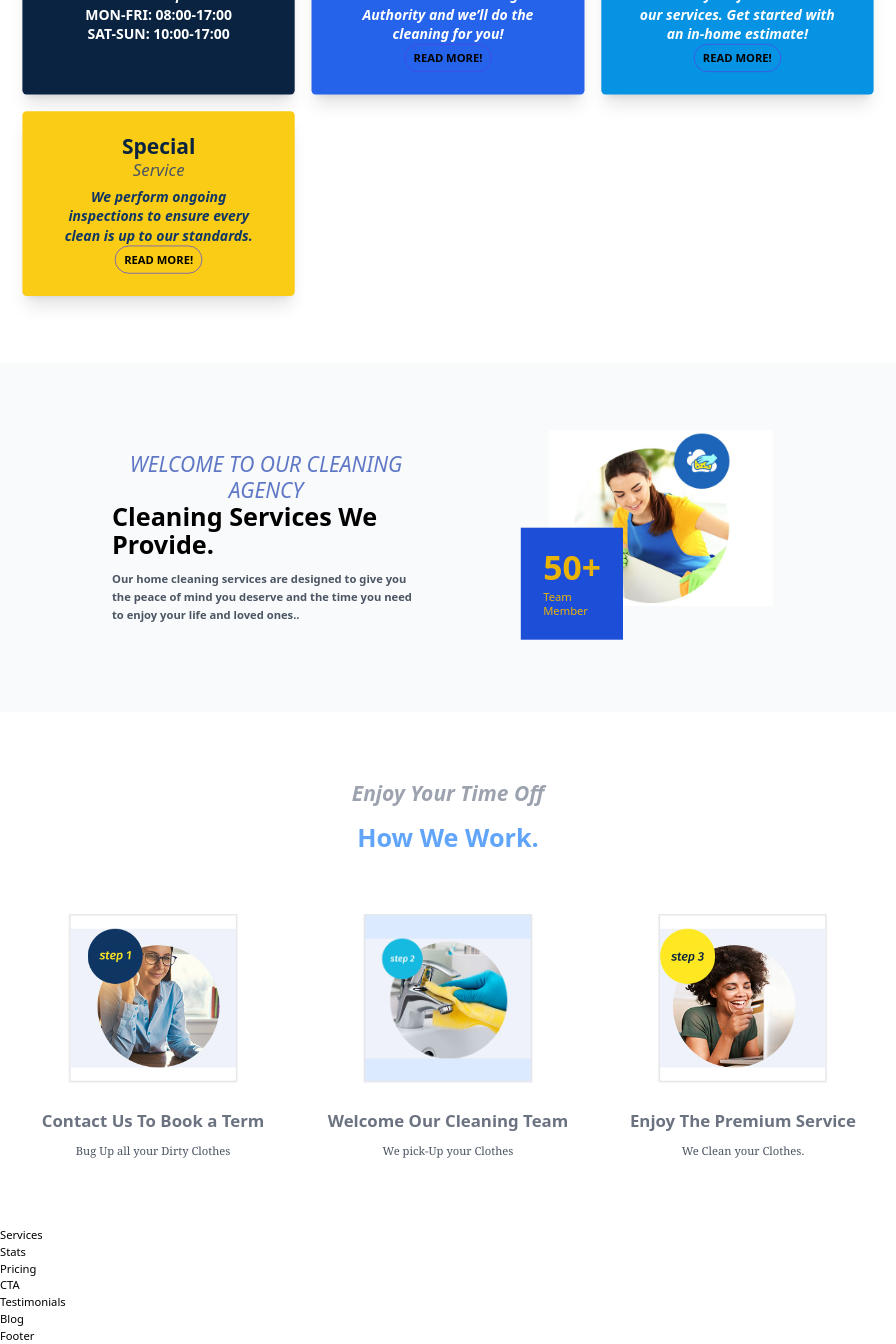
Repository: remydev47/cleonara
Page: /
These files come from the project's save history. The page is drawn as it stood at one moment and after the next save; the edit follows.
The browser window is 1280 px wide. The pictures show the part of the page from y = 1097 to 3017 px (the page is 3017 px tall), at 70% of full size.
The project was rebuilt for these pictures with package versions that can differ from the ones it lists, and the page was loaded fresh each time. The framework's server and built-in components were replaced by stand-ins that run in the browser. Also part of the build but not shown: next.config.js.

Above is the page before, as saved 2022-11-01 13:15:11.

### pages/_app.tsx
import '../styles/globals.css'
import type { AppProps } from 'next/app'
import Header from '../components/Header'

function MyApp({ Component, pageProps }: AppProps) {
  return(
    <>
      <Header />
      <Component {...pageProps} />
    </>

  )
}

export default MyApp

### pages/index.tsx
import type { NextPage } from 'next'
import Head from 'next/head'
import Image from 'next/image'
import { AboutUs, CTA, Hero, Offers, Pricing, Services, Blog, Stats, Steps, Testimonials, Footer } from '../components'

const Home: NextPage = () => {
  return (
    <div className="">
      <Head>
        <title>CLEONARA</title>
        <link rel="icon" href="/favicon.ico" />
      </Head>
      <Hero/>
      <Offers />
      <AboutUs />
      <Steps />
      <Services />
      <Stats />
      <Pricing />
      <CTA />
      <Testimonials />
      <Blog />
      <Footer />
    </div>
  )
}

export default Home

### components/Header.tsx
import React from 'react';
import { navLinks } from '../constants';
import Menupopover from './Menupopover';
import Image from 'next/image';
import Logo from './Logo';
import { Button } from './Button';

const Header = () => {
  return (
    <header className="fixed inset-x-0 bg-[#092341] z-20 flex justify-between items-center py-2 px-2 shadow-lg dark:bg-slate-900 sm:py-3 sm:px-8">
            <div className='flex grow-0 basis-1/3 md:hidden'>
                <Menupopover />
            </div>

             <div className='flex grow-0 ml-2 justify-center md:justify-start'>
                <Logo />

            </div>


            <ul className="list-none sm:flex hidden justify-center items-center flex-1">
            {navLinks.map((nav, index) => (
                <li
                key={nav.id}
                className={`font-bold cursor-pointer text-[16px] hover:text-blue-400
                   ${index === navLinks.length - 1 ? 'mr-0' : 'mr-10'}
                  text-white `}
                >
                    <a>{nav.title}</a>
                </li>
            ))}
           </ul>

          <div className='sm:flex hidden'>
            <Button variant='solid'>
              GET A QUOTE!
            </Button>
          </div>

        </header>
  )
}

export default Header

### components/index.ts
import Hero from "./Hero";
import Offers from "./Offers";
import AboutUs from "./AboutUs";
import Steps from "./Steps";
import Services from "./Services";
import Stats from "./Stats";
import Pricing from "./Pricing";
import CTA from "./CTA";
import Testimonials from "./Testimonials";
import Blog from "./Blog";
import Footer from "./Footer";

export {
    Hero, Offers, AboutUs, Steps, Services, Stats, Pricing, CTA, Testimonials, Blog, Footer
}

### constants/index.ts
export const navLinks=[
    {
        id:"home",
        title:"Home",
    },
    {
        id:"services",
        title:"Services",
    },
    {
        id:"AboutUs",
        title:"AboutUs",
    },
    {
        id:"pricing",
        title:"Pricing",
    },
    {
        id:"blog",
        title:"Blog",
    },
    {
        id:"reviews",
        title:"Reviews",
    },
    {
        id:"contacts",
        title:"Contacts",
    },
]

### components/Menupopover.tsx
import React, {useState, Fragment} from 'react';
import { navLinks } from '../constants';
import { IconButton, Button } from './Button';
import { Transition, Dialog } from '@headlessui/react';
import Logo from './Logo';
import Image from 'next/image';

const Menupopover = () => {
  const [isOpen, setIsOpen] = useState(false)

  return (
    <div>
    <IconButton
      variant='ghost'
      aria-label='menu'
      onClick={() => setIsOpen(!isOpen)}
    >
      <svg className='h-6 w-6 ' fill='none' stroke='currentColor'>
        <path
          strokeLinecap='round'
          strokeLinejoin='round'
          strokeWidth={2}
          d='M4 6h16M4 12h16M4 18h16'
        />
      </svg>
    </IconButton>
    <Transition
      show={isOpen}
      appear
      as={Fragment}
      enter='transform transition ease-in-out duration-300'
      enterFrom='-translate-x-full'
      enterTo='translate-x-0'
      leave='transform transition ease-in-out duration-300 delay-200'
      leaveFrom='translate-x-0'
      leaveTo='-translate-x-full'
     >
     <Dialog
       as='div'
       className={`fixed inset-0 z-50`}
       onClose={setIsOpen}
       open={isOpen}
       >
       <Transition.Child
         as={Fragment}
         enter='ease-out duration-300 delay-300'
         enterFrom='opacity-0'
         enterTo='opacity-100'
         leave='ease-in duration-200'
         leaveFrom='opacity-100'
         leaveTo='opacity-0'
       >

        <Dialog.Overlay
          className={`fixed inset-0 bg-black/20 backdrop-blur-sm dark:bg-gray-900/80`}
         />
      </Transition.Child>
       <div className={styles.dialogcontainer}>
        <a className='mx-auto mt-4 flex w-[140px] '>
          <Logo />
        </a>
        <ul
            className={styles.navWrapper2}
         >
            {navLinks.map((nav, index) => (
                <li
                 key={nav.id}
                 className={` font-bold cursor-pointer text-[16px]
                  mt-2 border-t border-slate-200 py-4 dark:border-slate-600
                  ${index === navLinks.length - 1 ? 'mr-0' : 'mb-4'}
                  text-white `}
                >
                 <a href={`#${nav.id}`}>
                    {nav.title}
                 </a>
                </li>
             ))}
         </ul>

        <IconButton
          variant='ghost'
          aria-label='close menu'
          className='absolute top-5 right-5'
          onClick={() => setIsOpen(false)}
        >
          <svg
            viewBox='0 0 10 10'
            className='h-2.5 w-2.5 overflow-visible'
            aria-hidden='true'
          >
            <path
                d='M0 0L10 10M10 0L0 10'
                fill='none'
                stroke='currentColor'
                strokeWidth='2'
                strokeLinecap='round'
              />
          </svg>
        </IconButton>
       </div>
     </Dialog>
    </Transition>
  </div>
  )
}

export default Menupopover;

const styles ={
  dialogcontainer:`fixed top-0 bottom-0 left-0 w-full max-w-xs rounded-r-xl bg-[#092341] p-6 shadow-lg dark:bg-gray-800`,
  menuitems:`group relative flex h-9 items-center oveflow-hidden rounded-md hover:bg-slate-200/50`,
  navWrapper2:`list-none flex flex-col justify-end items-center flex-1`,
}

### components/Logo.tsx
import React from 'react'
import Image from 'next/image'

const Logo = () => {
  return (
    <div>
        <Image
          src='/images/logo.png'
          alt='Cleonara'
          height={80}
          width={150}
        />
    </div>
  )
}

export default Logo

### components/Button/index.tsx
import React, { forwardRef } from "react";
//import { __DEV__ } from "../../utils/assertions";

type BaseButtonProps = Omit<React.HTMLProps<HTMLButtonElement>, "size">;

/* === Button Element === */

export interface ButtonProps extends BaseButtonProps {
  children: React.ReactNode;
  fullWidth?: boolean;
  className?: string;
  variant?: "solid" | "outline" | "ghost";
  size?: "sm" | "md" | "lg";
  as?: string;
  isExternal?: boolean;
  type?: "button" | "submit" | "reset";
}

export const Button = forwardRef<HTMLButtonElement, ButtonProps>(
  (
    {
      children,
      variant = "solid",
      size = "md",
      fullWidth = false,
      className,
      as = "button",
      isExternal = false,
      ...rest
    },
    ref
  ) => {
    let tempClassNames: string[] = [];

    const sharedClasses = [
      "capitalize",
      "focus:outline-none",
      "focus:ring-2",
      "focus:ring-indigo-400",
      "focus:ring-offset-2",
      "focus:ring-offset-indigo-50",
      "font-semibold",
      "rounded-full",
      "inline-flex",
      "flex-shrink-0",
      "items-center",
      "justify-center",
      "transition-colors",
      "ease-in-out",
      "duration-500",
    ];

    if (fullWidth) sharedClasses.push("w-full");

    // handle variants
    let btnSolid = ["bg-indigo-600", "hover:bg-indigo-700", "text-white"];
    let btnOutline = [
      "dark:text-white",
      "hover:text-indigo-700",
      "hover:dark:text-indigo-700",
      "bg-transparent",
      "hover:bg-indigo-50",
      "border",
      "border-indigo-600",
    ];
    let btnGhost = [
      "bg-transparent",
      "dark:text-white",
      "hover:bg-indigo-50",
      "hover:text-indigo-700",
      "hover:dark:text-indigo-700",
    ];

    if (variant === "solid") {
      tempClassNames = [...sharedClasses, ...btnSolid];
    } else if (variant === "outline") {
      tempClassNames = [...sharedClasses, ...btnOutline];
    } else if (variant === "ghost") {
      tempClassNames = [...sharedClasses, ...btnGhost];
    }

    // handle sizes
    let sizeSm = ["h-8", "px-2", "text-sm"];
    let sizeMd = ["h-10", "px-3"];
    let sizeLg = ["h-12", "px-4", "text-lg"];

    if (size === "sm") {
      tempClassNames = [...tempClassNames, ...sizeSm];
    } else if (size === "md") {
      tempClassNames = [...tempClassNames, ...sizeMd];
    } else if (size === "lg") {
      tempClassNames = [...tempClassNames, ...sizeLg];
    }

    let classes = tempClassNames.join(" ");

    let Element = as ? (
      React.createElement(
        as,
        {
          className: `${classes} ${className}`,
          target: isExternal ? "_blank" : undefined,
          rel: isExternal ? "noopener noreferrer" : undefined,
          ref,
          ...rest,
        },
        children
      )
    ) : (
      <button {...rest} className={`${classes} ${className}`} ref={ref}>
        {children}
      </button>
    );

    return Element;
  }
);

// if (__DEV__) {
//   Button.displayName = "Button";
// }

/* === IconButton Element === */

export interface IconButtonProps extends ButtonProps {
  icon?: React.ReactElement;
  "aria-label": string;
}

export const IconButton = forwardRef<HTMLButtonElement, IconButtonProps>(
  (
    {
      children,
      icon,
      className,
      "aria-label": ariaLabel,
      size = "md",
      ...rest
    },
    ref
  ) => {
    let sharedClasses = ["rounded-full", "!px-0"];

    // handle sizes
    let sizeSm = ["w-8"];
    let sizeMd = ["w-10"];
    let sizeLg = ["w-12"];

    if (size === "sm") {
      sharedClasses = [...sharedClasses, ...sizeSm];
    } else if (size === "md") {
      sharedClasses = [...sharedClasses, ...sizeMd];
    } else if (size === "lg") {
      sharedClasses = [...sharedClasses, ...sizeLg];
    }

    /**
     * Passing the icon as prop or children should work
     */
    const element = icon || children;
    const _children = React.isValidElement(element)
      ? React.cloneElement(element as any, {
          "aria-hidden": true,
          focusable: false,
        })
      : null;

    let classes = sharedClasses.join(" ");
    return (
      <Button
        className={`${classes} ${className}`}
        aria-label={ariaLabel}
        size={size}
        {...rest}
        ref={ref}
      >
        {_children}
      </Button>
    );
  }
)

### components/Hero.tsx
import React from 'react'

const Hero = () => {
  return (
    <section className='relative pt-48 pb-12 xl:pt-60 sm:pb-16 lg:pb-32 xl:pb-48 2xl:pb-56'>
    <div className="absolute inset-0">
     <img className="object-cover w-full h-full" src="/images/7.jpg" alt="" />
    </div>
   <div className='relative'>
    <div className="px-6 mx-auto sm:px-8 lg:px-12 max-w-7xl">
      <div className="w-full lg:w-2/3 xl:w-1/2">
        <h1 className="font-serif text-xl font-bold tracking-tight text-white text-opacity-70 text-center">Proffesional Cleaning Services</h1>
        <p className="mt-6 tracking-tighter text-[#656b72]">
          <span className="font-sans font-bold text-6xl">BEST CLEANING </span><br />
          <span className="font-serif italic font-BOLD text-7xl">SERVICES IN TOWN</span>
        </p>
        <p className="mt-8 font-erif text-xl font-normal text-[#656b72]">
         Our professional and experienced cleaning staff does the job right the first time are Carefully selected Give them a deep.
        </p>
      </div>
    </div>
   </div>
  </section>
  )
}

export default Hero

### components/Offers.tsx
import React from 'react'
import { Button } from './Button'

const Offers = () => {
  return (
    <section className="bg-[#fff] sm:py-16 lg:py-24">
    <div className="px-4 mx-auto max-w-7xl sm:px-6 lg:px-8">
    <div className="max-w-2xl mx-auto text-center">
      <h2 className="text-xl italic font-semibold leading-tight text-black  lg:text-2xl">What We Offer</h2>
    </div>

    <div className="grid max-w-md grid-cols-1 gap-6 mx-auto mt-8 text-center lg:max-w-full lg:mt-16 lg:grid-cols-3">

        <div className="overflow-hidden bg-[#092341] shadow-xl border-gray-300 rounded-md">
          <div className="p-8 xl:px-12 flex flex-col items-center justify-center">
             <div className='flex flex-col'>
               <h1 className='text-3xl font-semibold text-white'>Opening</h1>
               <span className='italic text-2xl text-blue-400'>HOURS</span>
             </div>
             <h2 className='font-bold text-xl italic text-white text-center mt-2'>
               We are Open
             </h2>
             <p className='text-xl text-white text-center font-bold'>
               MON-FRI: 08:00-17:00
             </p>
             <p className='text-xl text-white text-center font-bold'>
               SAT-SUN: 10:00-17:00
             </p>
          </div>
        </div>

        <div className="overflow-hidden bg-blue-600 shadow-xl border-gray-300 rounded-md">
          <div className="p-8 xl:px-12 flex flex-col items-center justify-center">
             <div className='flex flex-col'>
               <h1 className='text-3xl font-semibold text-white'>Commercial</h1>
               <span className='italic text-2xl text-yellow-400'>Service</span>
             </div>
             <h2 className='font-bold text-xl italic text-white text-center mt-2'>
                Contact The Cleaning Authority and we’ll do the cleaning for you!
             </h2>
             <p>
              <Button variant='outline'>
                READ MORE!
              </Button>
             </p>
          </div>
        </div>


        <div className="overflow-hidden bg-[#0693e3] shadow-xl border-gray-300 rounded-md">
          <div className="p-8 xl:px-12 flex flex-col items-center justify-center">
             <div className='flex flex-col'>
               <h1 className='text-3xl font-semibold text-white'>Residential</h1>
               <span className='italic text-2xl text-yellow-400'>Services</span>
             </div>
             <h2 className='font-bold text-xl italic text-white text-center mt-2'>
               Invest in your free time with our services. Get started with an in-home estimate!
             </h2>
             <p>
              <Button variant='outline'>
                READ MORE!
              </Button>
             </p>
          </div>
        </div>

        <div className="overflow-hidden bg-yellow-400 shadow-xl border-gray-300 rounded-md">
          <div className="p-8 xl:px-12 flex flex-col items-center justify-center">
             <div className='flex flex-col'>
               <h1 className='text-3xl font-semibold text-[#092341]'>Special</h1>
               <span className='italic text-2xl text-gray-600'>Service</span>
             </div>
             <h2 className='font-bold text-xl italic text-[#0f3664] text-center mt-2'>
              We perform ongoing inspections to ensure every clean is up to our standards.
             </h2>
             <p>
              <Button variant='outline'>
                READ MORE!
              </Button>
             </p>
          </div>
        </div>

    </div>
</div>
</section>
  )
}

export default Offers

### components/AboutUs.tsx
import React from 'react'

const AboutUs = () => {
  return (
    <section className="py-6 bg-gray-50 sm:py-16 lg:py-24">
    <div className="max-w-5xl px-4 mx-auto sm:px-6 lg:px-8">
        <div className="grid items-center grid-cols-1 gap-y-6 md:grid-cols-2 md:gap-x-20">
            <div className="">
                <h1 className='text-3xl italic text-blue-800/70 text-center'>WELCOME TO OUR CLEANING AGENCY</h1>
                <h2 className="text-4xl font-bold leading-tight text-black sm:text-4xl lg:text-4xl">Cleaning Services We Provide.</h2>
                <p className="mt-4 text-base leading-relaxed text-gray-600 font-semibold">
                 Our home cleaning services are designed to give you the peace of mind you deserve and the time you need to enjoy your life and loved ones..
                </p>
            </div>

            <div className=" pl-20 pr-6 sm:pl-6 md:px-0">
                <div className="relative w-full max-w-xs mt-4 mb-10 ml-auto">
                 <img className="relative -top-4 -left-4" src="/images/Cleaning.jpg" alt="" />



                    <div className="absolute -bottom-10 -left-16 m-2">


                          <div className="px-8 py-8 bg-blue-700">
                               <span className="block text-4xl font-bold text-yellow-500 lg:text-5xl"> 50+ </span>
                                <span className="block mt-2 text-base leading-tight text-yellow-500"> Team<br />Member</span>
                            </div>
                    </div>
                </div>
            </div>
        </div>
    </div>
</section>
  )
}

export default AboutUs

### components/Steps.tsx
import React from 'react'

const Steps = () => {
  return (
    <section className="py-10  bg-white sm:py-16 lg:py-24">
    <div className="px-4 mx-auto max-w-7xl sm:px-6 lg:px-8">
        <div className="max-w-2xl mx-auto text-center">
            <h2 className="text-3xl italic font-semibold leading-tight text-gray-400">Enjoy Your Time Off</h2>
            <p className="mx-auto mt-4 text-4xl font-bold leading-relaxed text-blue-400">
              How We Work.
            </p>
        </div>

        <div className="relative mt-12 lg:mt-20">


            <div className="relative grid grid-cols-1 text-center gap-y-12 md:grid-cols-3 gap-x-12">
                <div>
                    <div className="flex items-center justify-center w-60 h-60 mx-auto bg-white border-2 border-gray-200 shadow">
                        <span className="text-xl font-semibold text-gray-700">
                            <img src='/images/step-1.jpg' className='h-full w-full ' />
                        </span>
                    </div>
                    <h3 className="mt-6 text-2xl font-bold leading-tight text-gray-500 md:mt-10">Contact Us To Book a Term</h3>
                    <p className="mt-4 font-serif text-base text-gray-600">Bug Up all your Dirty Clothes</p>
                </div>

                <div>
                    <div className="flex items-center justify-center w-60 h-60 mx-auto bg-blue-100 border-2 border-gray-200 shadow">
                        <span className="text-xl font-semibold text-gray-700">
                          <img src='/images/step-2.jpg' className='h-full w-full ' />
                        </span>
                    </div>
                    <h3 className="mt-6 text-2xl font-bold leading-tight text-gray-500 md:mt-10">Welcome Our Cleaning Team</h3>
                    <p className="mt-4 font-serif text-base text-gray-600">We pick-Up your Clothes</p>
                </div>

                <div>
                    <div className="flex items-center justify-center w-60 h-60 mx-auto bg-white border-2 border-gray-200 shadow">
                        <span className="text-xl font-semibold text-gray-700">
                        <img src='/images/step-3.jpg' className='h-full w-full ' />
                        </span>
                    </div>
                    <h3 className="mt-6 text-2xl font-bold leading-tight text-gray-500 md:mt-10">Enjoy The Premium Service</h3>
                    <p className="mt-4 font-serif text-base text-gray-600">We Clean your Clothes.</p>
                </div>

            </div>
        </div>
    </div>
 </section>
  )
}

export default Steps

Loaded but not shown: styles/globals.css (common file); components/Services.tsx (common file); components/Stats.tsx (common file); components/Pricing.tsx (common file); components/CTA.tsx (common file); components/Testimonials.tsx (common file); components/Blog.tsx (common file); components/Footer.tsx (common file); tailwind.config.js (common file)

After the next save:
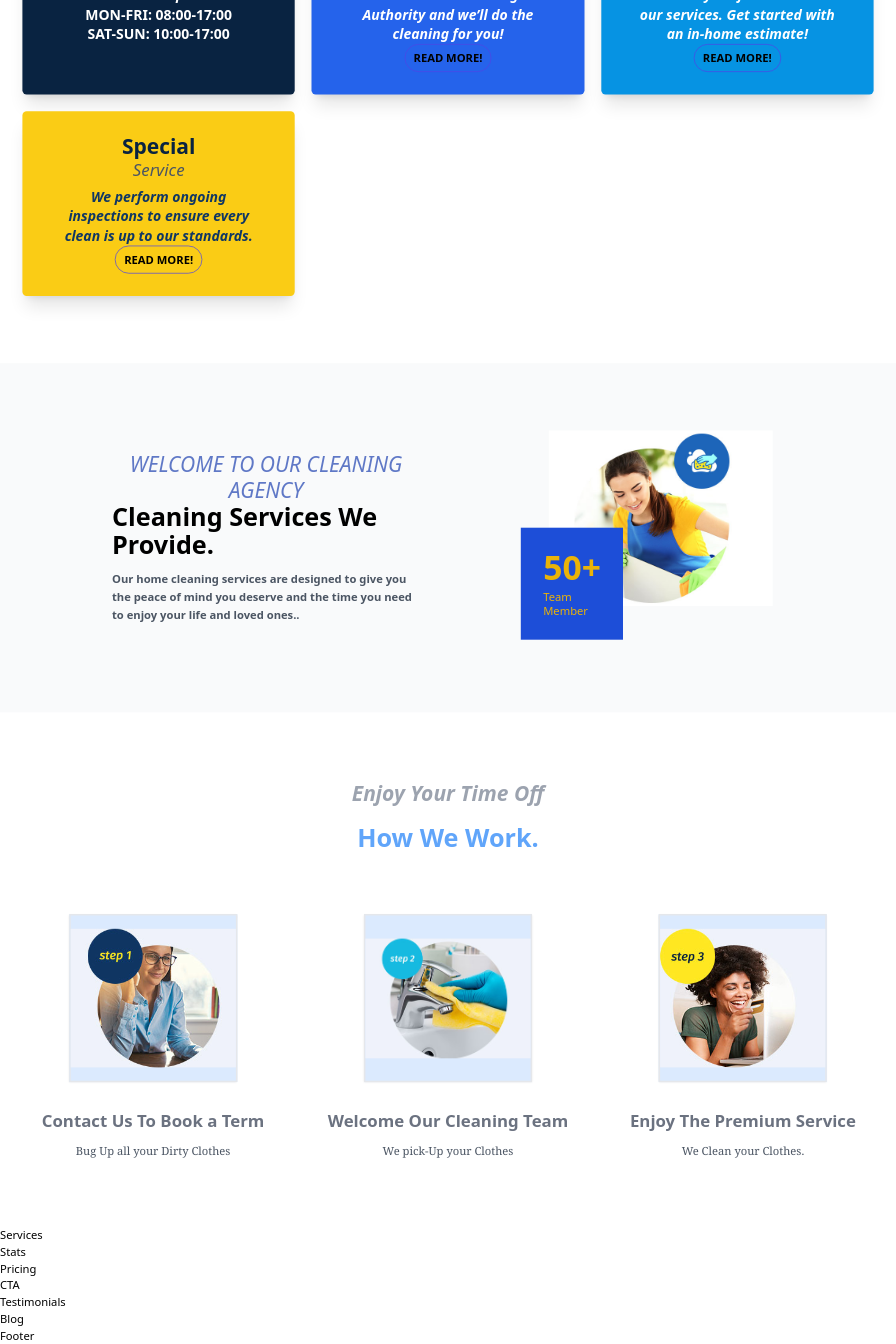
Saved 32 s later.
--- a/components/Steps.tsx
+++ b/components/Steps.tsx
@@ -16,7 +16,7 @@
 
             <div className="relative grid grid-cols-1 text-center gap-y-12 md:grid-cols-3 gap-x-12">
                 <div>
-                    <div className="flex items-center justify-center w-60 h-60 mx-auto bg-white border-2 border-gray-200 shadow">
+                    <div className="flex items-center justify-center w-60 h-60 mx-auto bg-blue-100 border-2 border-gray-200 shadow">
                         <span className="text-xl font-semibold text-gray-700">
                             <img src='/images/step-1.jpg' className='h-full w-full ' />
                         </span>
@@ -36,7 +36,7 @@
                 </div>
 
                 <div>
-                    <div className="flex items-center justify-center w-60 h-60 mx-auto bg-white border-2 border-gray-200 shadow">
+                    <div className="flex items-center justify-center w-60 h-60 mx-auto bg-blue-100 border-2 border-gray-200 shadow">
                         <span className="text-xl font-semibold text-gray-700">
                         <img src='/images/step-3.jpg' className='h-full w-full ' />
                         </span>
